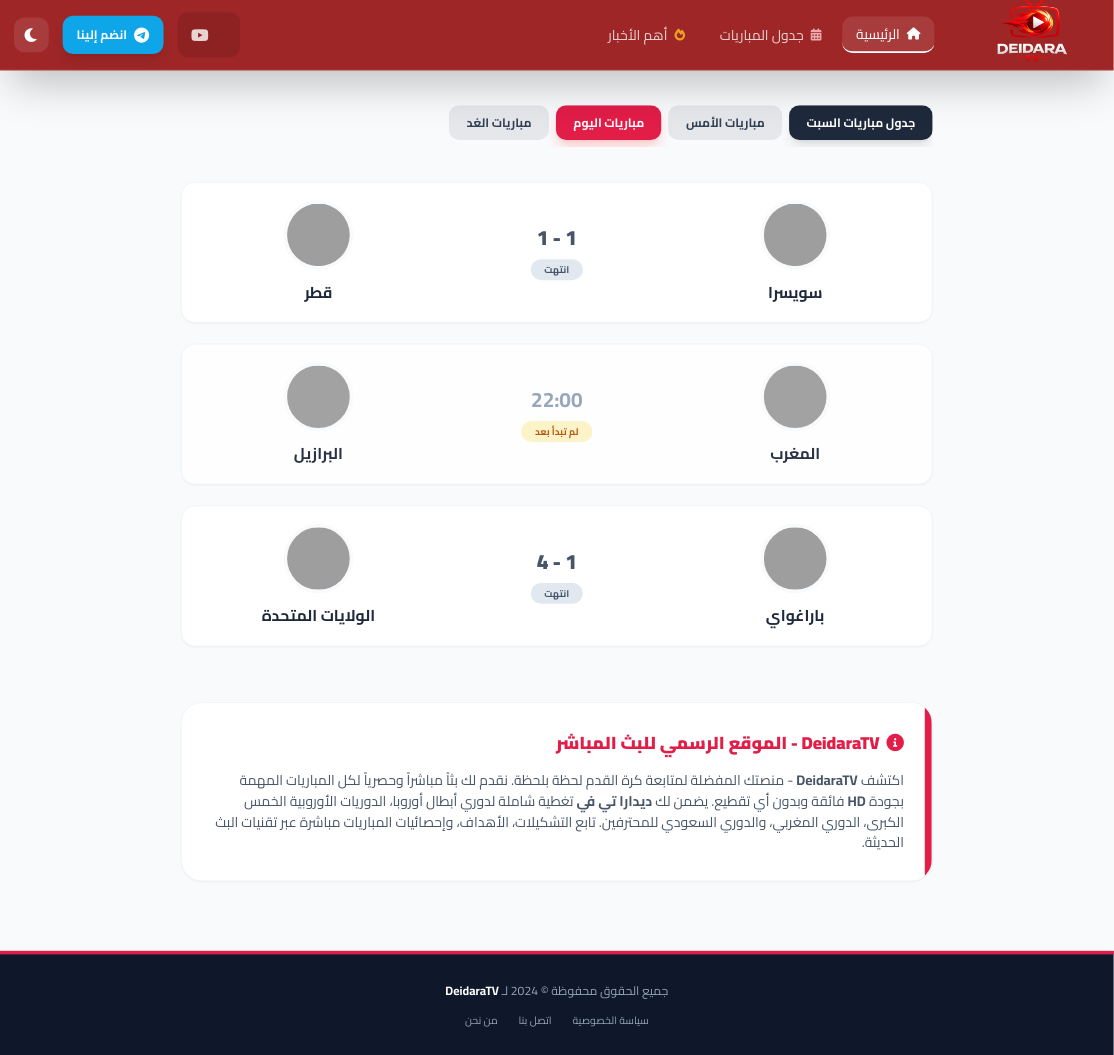
Repository: zakariax05/deidaraTV
Page: index.html
The author's editor kept a copy of each file at every save. The page is drawn from the files as they stood at one save, then again after the next save.
The browser window is 1280 px wide. The pictures show the whole page, at 87% of full size.
Pictures or frames that could not be fetched are drawn as grey boxes. Some web libraries are served in a nearby version.

Above is the page before, as saved 2026-06-14 02:47:03.

### index.html
<!DOCTYPE html>
<html lang="ar" dir="rtl">

<head>
  <meta charset="UTF-8">
  <meta name="viewport" content="width=device-width, initial-scale=1.0">
  <title>DeidaraTV - ديدارا تي في | بث مباشر للمباريات</title>
  <script src="https://cdn.tailwindcss.com"></script>
  <link href="https://cdnjs.cloudflare.com/ajax/libs/font-awesome/6.0.0/css/all.min.css" rel="stylesheet">
  <style>
    @import url('https://fonts.googleapis.com/css2?family=Cairo:wght@400;600;700;900&display=swap');

    body {
      font-family: Cairo, sans-serif;
      background-color: #f8fafc;
    }

    .match-card {
      transition: all 0.3s ease;
    }

    .match-card:hover {
      box-shadow: 0 10px 20px -5px rgba(0, 0, 0, 0.1);
    }

    .bg-red-primary {
      background-color: #e11d48;
    }

    .text-red-primary {
      color: #e11d48;
    }

    .border-red-primary {
      border-color: #e11d48;
    }
  </style>
</head>

<body class="text-slate-800">

  <!-- Header / الهيدر -->
  <!-- الهيدر المطور للرئيسية - DeidaraTV -->
  <header
    class="bg-red-800 text-white shadow-2xl sticky top-0 z-[100] backdrop-blur-md bg-opacity-95 border-b border-white/10">
    <div class="container mx-auto px-4">
      <div class="flex justify-between items-center h-16 md:h-20">

        <!-- القسم الأيمن: الشعار والقائمة -->
        <div class="flex items-center gap-6 md:gap-10">
          <!-- اللوجو مع ميزة إعادة التحميل -->
          <div onclick="window.location.reload()"
            class="flex items-center gap-3 cursor-pointer group select-none transition-transform active:scale-95">
            <img src="imgs/logo-deidaratv.png" alt="DeidaraTV Logo Badge"
              class="h-16 md:h-[150px] w-auto object-contain transition-all hover:scale-105">

          </div>

          <!-- الروابط الأساسية (تظهر في الشاشات الكبيرة) -->
          <nav class="hidden lg:flex items-center gap-2">
            <a href="#"
              class="flex items-center gap-2 px-4 py-2 rounded-xl bg-white/10 hover:bg-white/20 transition-all border-b-2 border-white">
              <i class="fas fa-home text-sm"></i> الرئيسية
            </a>
            <a href="#"
              class="flex items-center gap-2 px-4 py-2 rounded-xl hover:bg-white/10 transition-all opacity-80 hover:opacity-100">
              <i class="fas fa-calendar-alt text-sm text-red-200"></i> جدول المباريات
            </a>
            <a href="#"
              class="flex items-center gap-2 px-4 py-2 rounded-xl hover:bg-white/10 transition-all opacity-80 hover:opacity-100">
              <i class="fas fa-fire text-sm text-amber-400"></i> أهم الأخبار
            </a>
          </nav>
        </div>

        <!-- القسم الأيسر: أيقونات التواصل والأدوات -->
        <div class="flex items-center gap-2 md:gap-4">

          <!-- أيقونات التواصل الاجتماعي بتنسيق أرقى -->
          <div class="hidden sm:flex items-center bg-black/10 rounded-xl px-2 py-1 gap-1">
            <a href="#" class="p-2 hover:bg-white/10 rounded-lg transition-colors text-white/80 hover:text-white"
              title="Twitter">
              <i class="fab fa-x-twitter text-lg"></i>
            </a>
            <a href="#" class="p-2 hover:bg-white/10 rounded-lg transition-colors text-white/80 hover:text-white"
              title="YouTube">
              <i class="fab fa-youtube text-lg"></i>
            </a>
          </div>

          <!-- زر تليجرام (مميز بلونه الخاص) -->
          <a href="#"
            class="bg-sky-500 hover:bg-sky-400 text-white p-2 md:px-4 md:py-2 rounded-xl transition-all shadow-lg flex items-center gap-2 font-bold text-sm">
            <i class="fab fa-telegram-plane text-lg"></i>
            <span class="hidden md:inline">انضم إلينا</span>
          </a>

          <!-- زر الوضع الليلي -->
          <button
            class="w-10 h-10 flex items-center justify-center rounded-xl bg-white/10 hover:bg-white/20 transition-colors">
            <i class="fas fa-moon text-lg"></i>
          </button>

          <!-- زر الموبايل -->
          <button class="lg:hidden w-10 h-10 flex items-center justify-center rounded-xl bg-white/10 hover:bg-white/20">
            <i class="fas fa-bars text-xl"></i>
          </button>
        </div>

      </div>
    </div>
  </header>

  <!-- Content / المحتوى الرئيسي -->
  <main class="container mx-auto px-4 max-w-4xl mt-10 pb-20">

    <!-- الأزرار العلوية -->
    <div class="flex flex-wrap justify-start gap-2 mb-10 overflow-x-auto pb-2">
      <button class="px-5 py-2.5 bg-slate-800 text-white rounded-xl text-sm font-bold whitespace-nowrap shadow-lg">جدول
        مباريات السبت</button>
      <button
        class="px-5 py-2.5 bg-gray-200 hover:bg-gray-300 text-slate-700 rounded-xl text-sm font-bold transition whitespace-nowrap">مباريات
        الأمس</button>
      <button
        class="px-5 py-2.5 bg-red-primary text-white rounded-xl text-sm font-bold shadow-lg shadow-red-200 whitespace-nowrap">مباريات
        اليوم</button>
      <button
        class="px-5 py-2.5 bg-gray-200 hover:bg-gray-300 text-slate-700 rounded-xl text-sm font-bold transition whitespace-nowrap">مباريات
        الغد</button>
    </div>

    <!-- قائمة المباريات -->
    <div class="space-y-6">

      <!-- مباراة مباشرة -->
      <div
        class="match-card bg-white rounded-2xl p-5 flex items-center justify-between border border-slate-100 shadow-sm">
        <div class="flex flex-col items-center w-1/3">
          <img src="https://flagcdn.com/w160/ch.png" alt="سويسرا"
            class="w-14 h-14 md:w-20 md:h-20 rounded-full object-cover border-4 border-slate-50 shadow-inner mb-3">
          <span class="font-bold text-sm md:text-lg">سويسرا</span>
        </div>

        <div class="flex flex-col items-center w-1/3">
          <div class="text-2xl font-black text-slate-600 mb-2">1 - 1</div>
          <span class="bg-slate-200 text-slate-600 text-[11px] px-4 py-1 rounded-full font-bold">انتهت</span>
        </div>

        <div class="flex flex-col items-center w-1/3">
          <img src="https://flagcdn.com/w160/qa.png" alt="قطر"
            class="w-14 h-14 md:w-20 md:h-20 rounded-full object-cover border-4 border-slate-50 shadow-inner mb-3">
          <span class="font-bold text-sm md:text-lg">قطر</span>
        </div>
      </div>

      <!-- مباراة المغرب (لم تبدأ) -->
      <!-- قمت بتغيير الـ div الأول إلى a وإضافة الرابط و cursor-pointer -->
      <a href="watching-page.html"
        class="match-card bg-white rounded-2xl p-5 flex items-center justify-between border border-slate-100 shadow-sm opacity-95 cursor-pointer hover:bg-slate-50 transition-all block">

        <!-- الفريق الأول -->
        <div class="flex flex-col items-center w-1/3">
          <img src="https://flagcdn.com/w160/ma.png" alt="المغرب"
            class="w-14 h-14 md:w-20 md:h-20 rounded-full object-cover border-4 border-slate-50 shadow-inner mb-3">
          <span class="font-bold text-sm md:text-lg text-slate-800">المغرب</span>
        </div>

        <!-- توقيت المباراة -->
        <div class="flex flex-col items-center w-1/3">
          <div class="text-2xl font-bold text-slate-400 mb-2">22:00</div>
          <span class="bg-amber-100 text-amber-700 text-[11px] px-4 py-1 rounded-full font-bold">لم تبدأ
            بعد</span>
        </div>

        <!-- الفريق الثاني -->
        <div class="flex flex-col items-center w-1/3">
          <img src="https://flagcdn.com/w160/br.png" alt="البرازيل"
            class="w-14 h-14 md:w-20 md:h-20 rounded-full object-cover border-4 border-slate-50 shadow-inner mb-3">
          <span class="font-bold text-sm md:text-lg text-slate-800">البرازيل</span>
        </div>
      </a>

      <!-- مباراة منتهية -->
      <div
        class="match-card bg-white rounded-2xl p-5 flex items-center justify-between border border-slate-100 shadow-sm bg-slate-50/50">
        <div class="flex flex-col items-center w-1/3">
          <img src="https://flagcdn.com/w160/py.png" alt="باراغواي"
            class="w-14 h-14 md:w-20 md:h-20 rounded-full object-cover border-4 border-slate-50 shadow-inner mb-3">
          <span class="font-bold text-sm md:text-lg">باراغواي</span>
        </div>

        <div class="flex flex-col items-center w-1/3">
          <div class="text-2xl font-black text-slate-600 mb-2">1 - 4</div>
          <span class="bg-slate-200 text-slate-600 text-[11px] px-4 py-1 rounded-full font-bold">انتهت</span>
        </div>

        <div class="flex flex-col items-center w-1/3">
          <img src="https://flagcdn.com/w160/us.png" alt="الولايات المتحدة"
            class="w-14 h-14 md:w-20 md:h-20 rounded-full object-cover border-4 border-slate-50 shadow-inner mb-3">
          <span class="font-bold text-sm md:text-lg">الولايات المتحدة</span>
        </div>
      </div>

    </div>

    <!-- SEO / قسم المعلومات -->
    <section
      class="mt-16 bg-white rounded-3xl p-8 border border-slate-100 shadow-sm leading-relaxed relative overflow-hidden">
      <div class="absolute top-0 right-0 w-2 h-full bg-red-primary"></div>
      <h2 class="text-red-primary font-black text-xl mb-4 flex items-center gap-2">
        <i class="fas fa-info-circle"></i> DeidaraTV - الموقع الرسمي للبث المباشر
      </h2>
      <p class="text-slate-600 text-sm md:text-base leading-8">
        اكتشف <strong>DeidaraTV</strong> - منصتك المفضلة لمتابعة كرة القدم لحظة بلحظة. نقدم لك بثاً مباشراً
        وحصرياً لكل المباريات المهمة بجودة <strong>HD</strong> فائقة وبدون أي تقطيع. يضمن لك <strong>ديدارا تي
          في</strong> تغطية شاملة لدوري أبطال أوروبا، الدوريات الأوروبية الخمس الكبرى، الدوري المغربي، والدوري
        السعودي للمحترفين. تابع التشكيلات، الأهداف، وإحصائيات المباريات مباشرة عبر تقنيات البث الحديثة.
      </p>
    </section>

  </main>

  <!-- Footer / الفوتر -->
  <footer class="bg-slate-900 text-slate-400 py-8 text-center border-t-4 border-red-primary">
    <div class="container mx-auto px-4">
      <p class="text-sm">جميع الحقوق محفوظة &copy; 2024 لـ <span class="text-white font-bold">DeidaraTV</span></p>
      <div class="flex justify-center gap-6 mt-4 text-xs">
        <a href="#" class="hover:text-white">سياسة الخصوصية</a>
        <a href="#" class="hover:text-white">اتصل بنا</a>
        <a href="#" class="hover:text-white">من نحن</a>
      </div>
    </div>
  </footer>

</body>

</html>

After the next save:
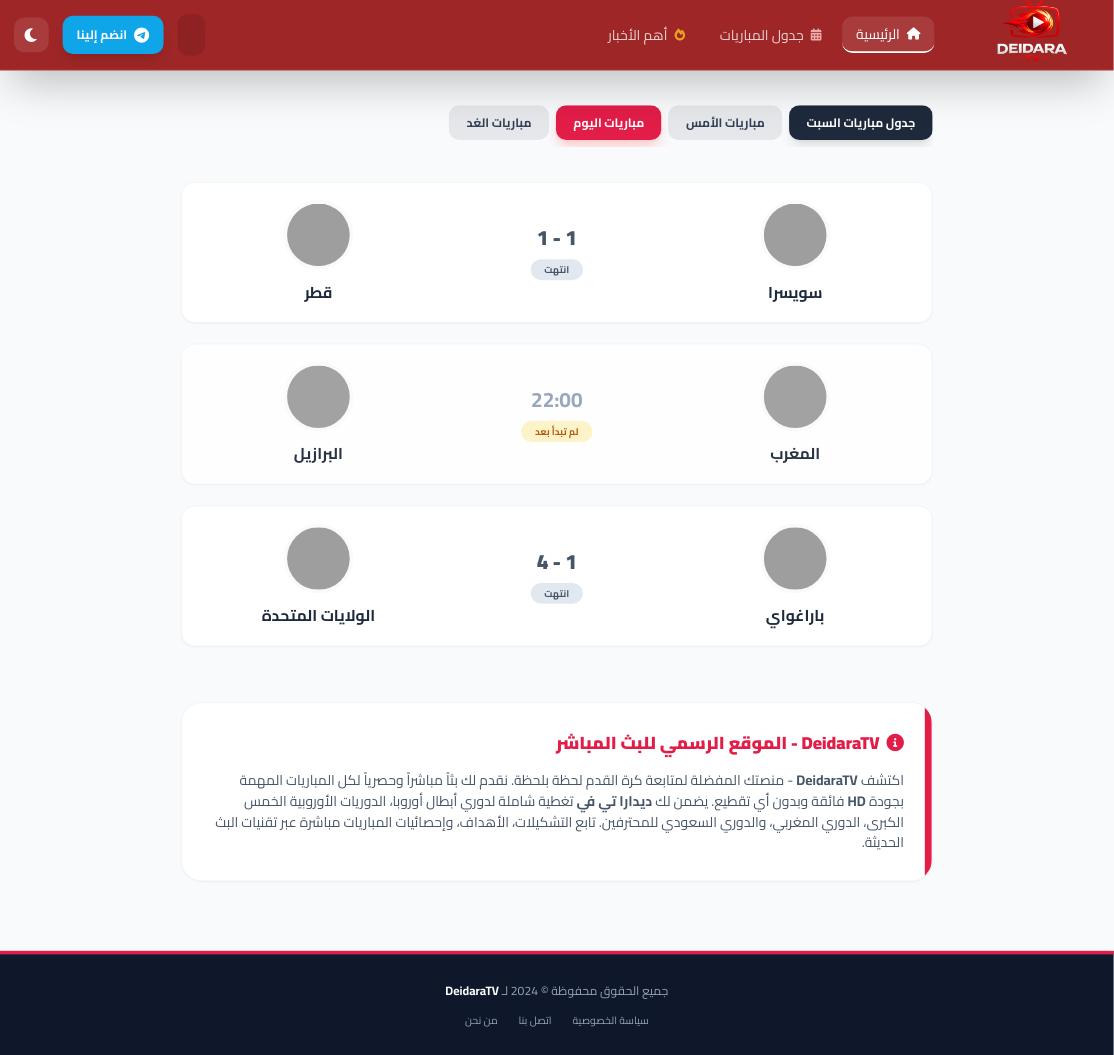
Saved 116 s later.
--- a/index.html
+++ b/index.html
@@ -81,10 +81,6 @@
             <a href="#" class="p-2 hover:bg-white/10 rounded-lg transition-colors text-white/80 hover:text-white"
               title="Twitter">
               <i class="fab fa-x-twitter text-lg"></i>
-            </a>
-            <a href="#" class="p-2 hover:bg-white/10 rounded-lg transition-colors text-white/80 hover:text-white"
-              title="YouTube">
-              <i class="fab fa-youtube text-lg"></i>
             </a>
           </div>
 
